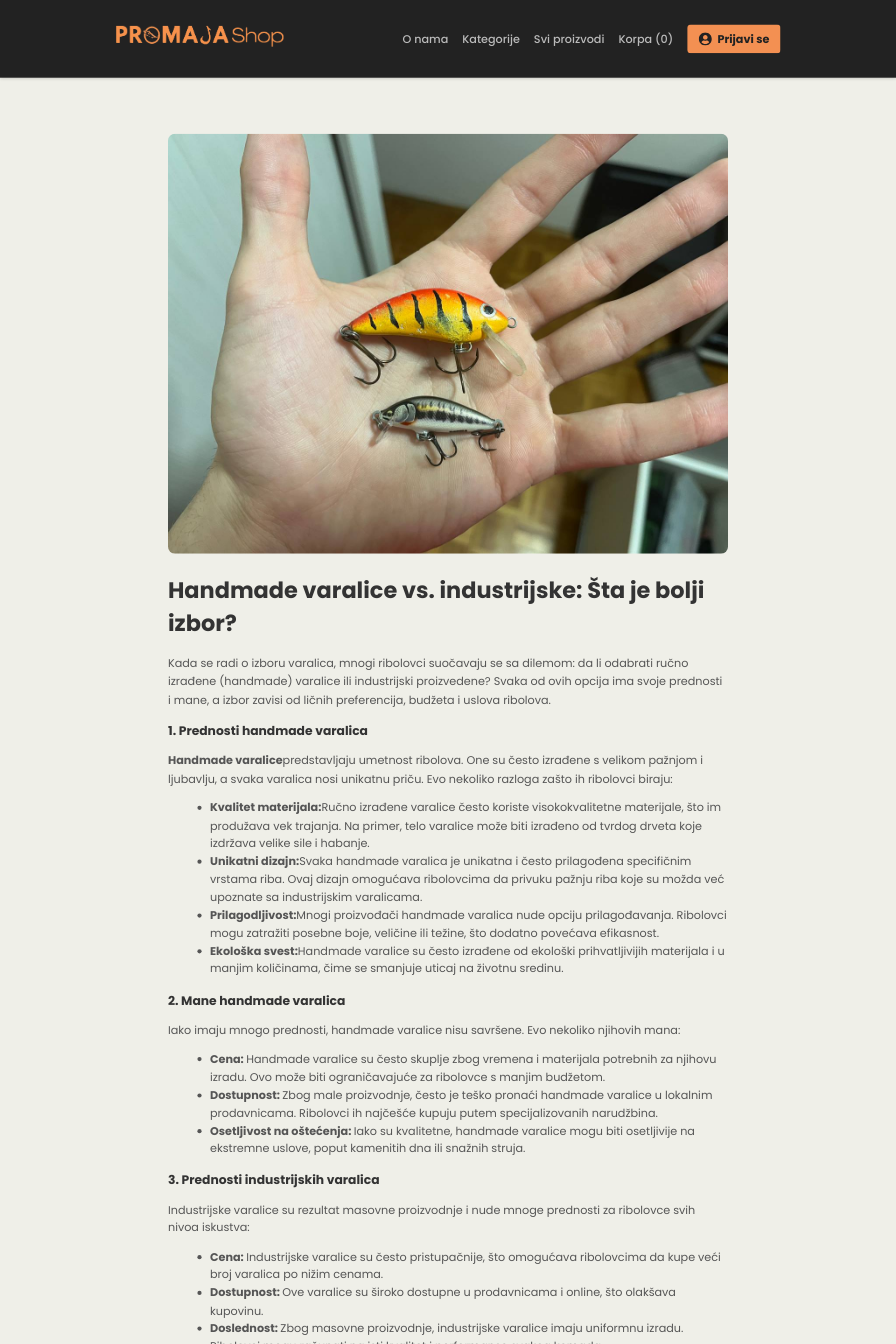
Repository: dimitrijekokovic/PromajaShopFront
Page: /blog/handmade-vs-industrijske
An editor plug-in stored every save of this project. The page is shown before and after the next save, followed by the edit.
The browser window is 1280 px wide. The pictures show the part of the page from y = 0 to 1920 px (the page is 3081 px tall before and 3061 px after), at 70% of full size.
The page's requests for data from a server got no answer. The project was rebuilt for these pictures with package versions that can differ from the ones it lists, and the page was loaded fresh each time. The framework's server and built-in components were replaced by stand-ins that run in the browser. No one was signed in, and anything a server would have sent is missing. Also part of the build but not shown: next.config.js, next.config.mjs.

Above is the page before, as saved 2025-02-02 02:04:59.

After the next save:
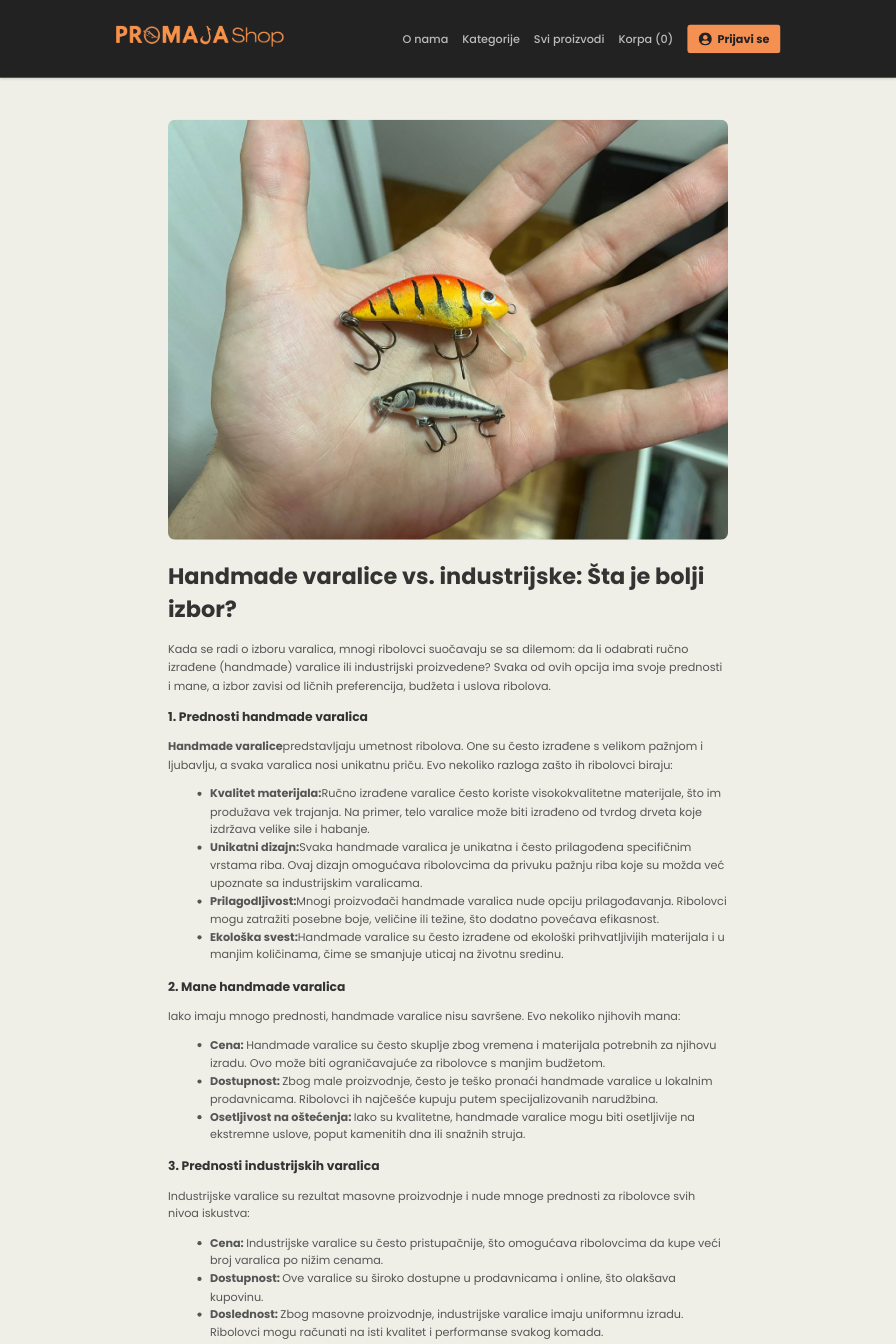
Saved 43 s later.
--- a/components/Breadcrumb.js
+++ b/components/Breadcrumb.js
@@ -3,7 +3,7 @@ import styled from "styled-components";
 
 const BreadcrumbContainer = styled.nav`
   font-size: 0.9rem;
-  margin-top: 40px;
+  margin-top: 20px;
   display: flex;
   align-items: center;
   gap: 5px;
